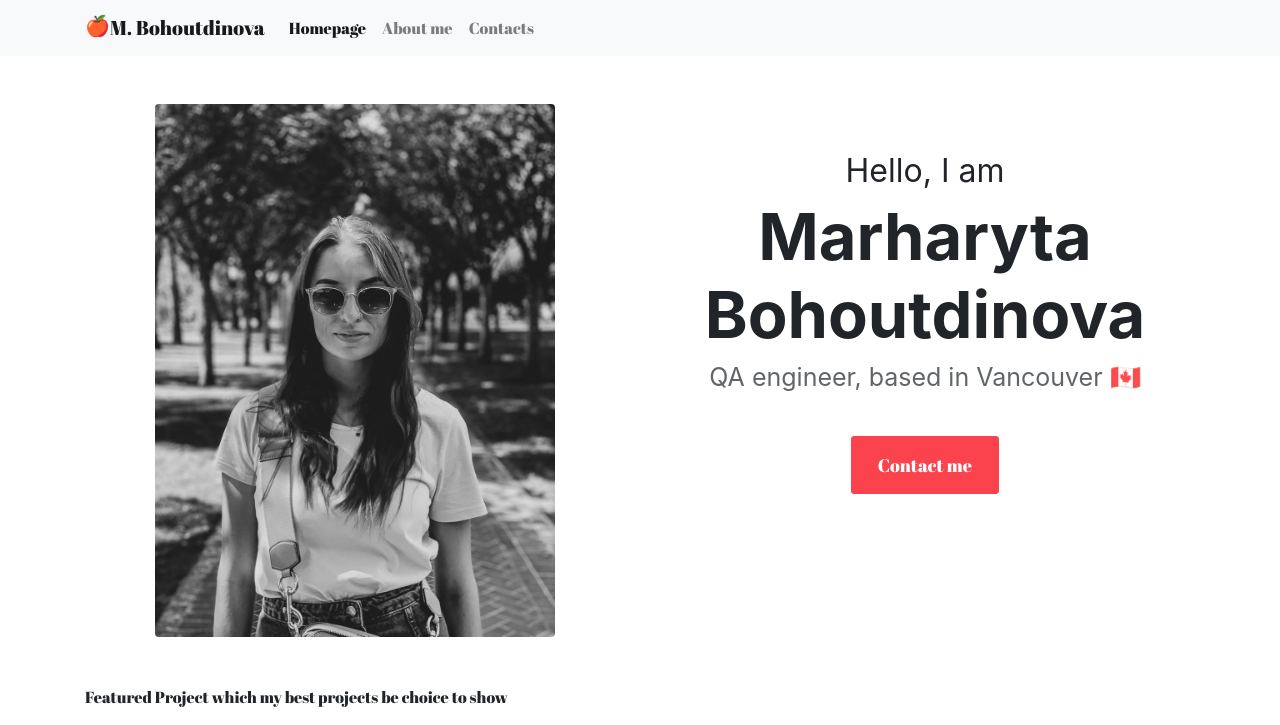
Repository: Bohoutdinova/Portfolio_week-4
Page: index.html
The author's editor kept a copy of each file at every save. The page is drawn from the files as they stood at one save, then again after the next save.
The browser window is 1280 px wide. The pictures show the whole page.

Above is the page before, as saved 2022-08-11 18:30:35.

### index.html
<!DOCTYPE html>
<html lang="en">
  <head>
    <meta charset="UTF-8" />
    <meta http-equiv="X-UA-Compatible" content="IE=edge" />
    <meta name="viewport" content="width=device-width, initial-scale=1.0" />
    <title>M. Bohoutdinova - QA engineer</title>
    <meta
      name="description"
      content="M. Bohoutdinova - QA engineer, situated in Vancouver"
    />
    <link
      rel="stylesheet"
      href="https://cdn.jsdelivr.net/npm/bootstrap@4.3.1/dist/css/bootstrap.min.css"
      integrity="sha384-ggOyR0iXCbMQv3Xipma34MD+dH/1fQ784/j6cY/iJTQUOhcWr7x9JvoRxT2MZw1T"
      crossorigin="anonymous"
    />
    <script
      src="https://code.jquery.com/jquery-3.3.1.slim.min.js"
      integrity="sha384-q8i/X+965DzO0rT7abK41JStQIAqVgRVzpbzo5smXKp4YfRvH+8abtTE1Pi6jizo"
      crossorigin="anonymous"
    ></script>
    <script
      src="https://cdn.jsdelivr.net/npm/popper.js@1.14.7/dist/umd/popper.min.js"
      integrity="sha384-UO2eT0CpHqdSJQ6hJty5KVphtPhzWj9WO1clHTMGa3JDZwrnQq4sF86dIHNDz0W1"
      crossorigin="anonymous"
    ></script>
    <script
      src="https://cdn.jsdelivr.net/npm/bootstrap@4.3.1/dist/js/bootstrap.min.js"
      integrity="sha384-JjSmVgyd0p3pXB1rRibZUAYoIIy6OrQ6VrjIEaFf/nJGzIxFDsf4x0xIM+B07jRM"
      crossorigin="anonymous"
    ></script>
    <link rel="stylesheet" href="/src/style.css" />
    <link rel="preconnect" href="https://fonts.googleapis.com" />
    <link rel="preconnect" href="https://fonts.gstatic.com" crossorigin />
    <link rel="preconnect" href="https://fonts.googleapis.com" />
    <link rel="preconnect" href="https://fonts.gstatic.com" crossorigin />
    <link
      href="https://fonts.googleapis.com/css2?family=Abril+Fatface&family=Poppins:wght@100;400;500;700&display=swap"
      rel="stylesheet"
    />
  </head>
  <body>
    <nav class="navbar navbar-expand-lg navbar-light bg-light">
      <div class="container">
        <a class="navbar-brand" href="/index.html" title="Homepage"
          >M. Bohoutdinova</a
        >
        <button
          class="navbar-toggler"
          type="button"
          data-toggle="collapse"
          data-target="#navbarNav"
          aria-controls="navbarNav"
          aria-expanded="false"
          aria-label="Toggle navigation"
        >
          <span class="navbar-toggler-icon"></span>
        </button>
        <div class="collapse navbar-collapse" id="navbarNav">
          <ul class="navbar-nav">
            <li class="nav-item active">
              <a class="nav-link" href="/index.html" title="Homepage"
                >Homepage <span class="sr-only">(current)</span></a
              >
            </li>
            <li class="nav-item">
              <a class="nav-link" href="#" title="About M. Bohoutdinova"
                >About me</a
              >
            </li>
            <li class="nav-item">
              <a class="nav-link" href="#" title="Contact with M. Bohoutdinova"
                >Contacts</a
              >
            </li>
          </ul>
        </div>
      </div>
    </nav>
    <div class="container mt-5">
      <div class="row">
        <div class="col-sm-6">
          <img
            src="/images/photo.jpg"
            alt="My photo"
            width="400"
            class="img-fluid rounded"
          />
        </div>
        <div class="col-sm-6 hero-page mt-5">
          <h2>Hello, I am</h2>
          <h1>Marharyta Bohoutdinova</h1>
          <h3>QA engineer, based in Vancouver 🇨🇦</h3>
          <a href="#" class="contact-me rounded rounded" title="Contact me"
            >Contact me</a
          >
        </div>
      </div>
    </div>
    <div class="container mt-5">
      <p class="about-app">
        Featured Project which my best projects be choice to show
      </p>
    </div>
  </body>
</html>

### src/style.css
/* --main-family-font: "Poppins", sans-serif; */

:root {
  --main-family-font: "Abril Fatface", cursive;
  --main-color: #fa434c;
}

.navbar-brand {
  position: relative;
  padding-left: 25px;
  font-family: var(--main-family-font);
  font-weight: 500;
}
.nav-link {
  font-family: var(--main-family-font);
}

.navbar-brand:before {
  position: absolute;
  content: "🍎";
  left: 0;
  top: 3px;
}

.navbar-brand:hover:before {
  content: "🍏";
}
.hero-page {
  text-align: center;
}
h1 h2 h3 {
  font-family: var(--main-family-font);
}
h2 {
  font-weight: 400;
}
h1 {
  font-weight: 700;
  font-size: 65px;
}
h3 {
  font-size: 25px;
  font-weight: 400;
  opacity: 70%;
}
.hero-page h3 {
  margin-bottom: 60px;
}
img {
  display: block;
  margin: 0 auto;
  text-align: center;
}
.col-sm-6 {
  padding: 0;
}
.contact-me {
  font-family: var(--main-family-font);
  padding: 15px 25px;
  background-color: var(--main-color);
  color: white;
  font-size: 18px;
  border: 2px solid var(--main-color);
}
.contact-me:hover {
  color: var(--main-color);
  background-color: white;
  border-color: var(--main-color);
  text-decoration: none;
}
.about-app {
  font-family: "Abril Fatface", cursive;
}

After the next save:
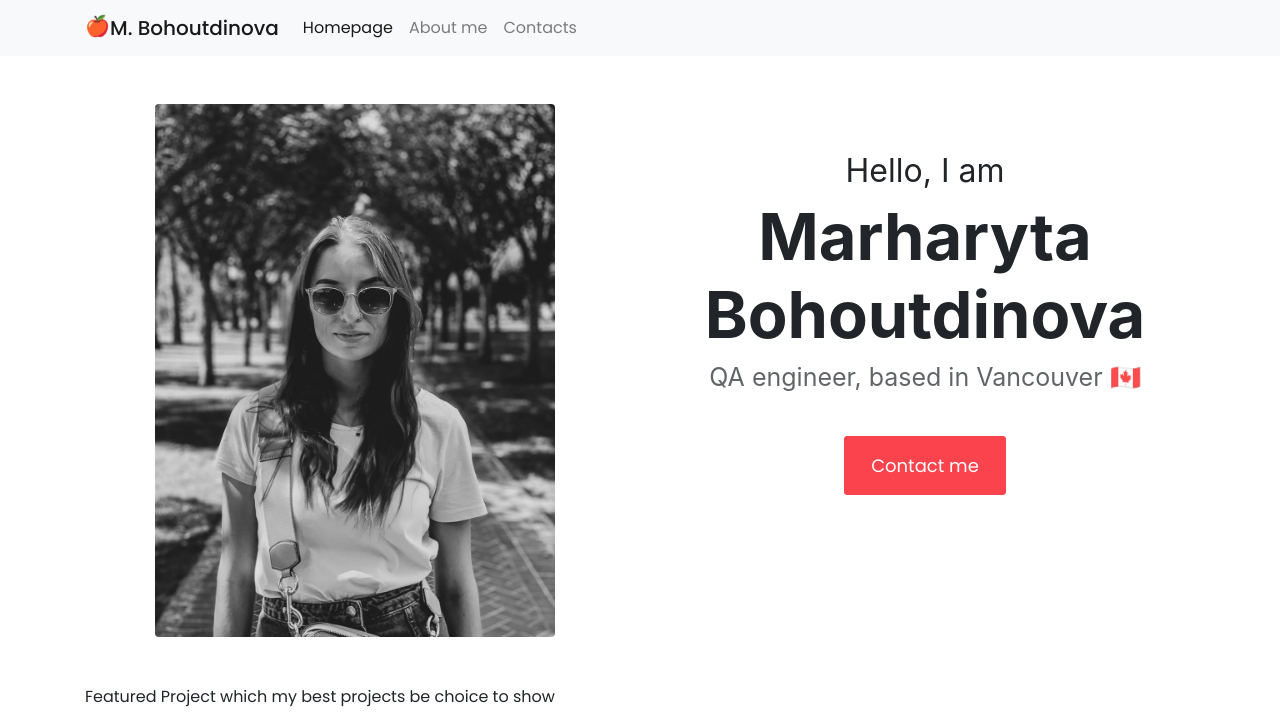
Saved 24 s later.
--- a/src/style.css
+++ b/src/style.css
@@ -1,7 +1,5 @@
-/* --main-family-font: "Poppins", sans-serif; */
-
 :root {
-  --main-family-font: "Abril Fatface", cursive;
+  --main-family-font: "Poppins", sans-serif;
   --main-color: #fa434c;
 }
 
@@ -69,5 +67,5 @@ img {
   text-decoration: none;
 }
 .about-app {
-  font-family: "Abril Fatface", cursive;
+  font-family: var(--main-family-font);
 }
